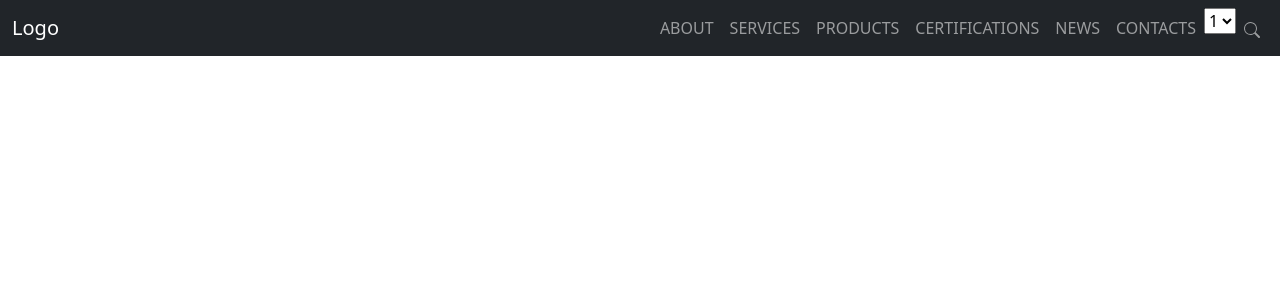
Repository: nourHellani/Buckler
Page: index.html
These files come from the project's save history. The page is drawn as it stood at one moment and after a run of saves; the edit follows.
The browser window is 1280 px wide. The pictures show the whole page.

Above is the page before, as saved 2023-02-13 11:24:41.

After the next 2 saves:
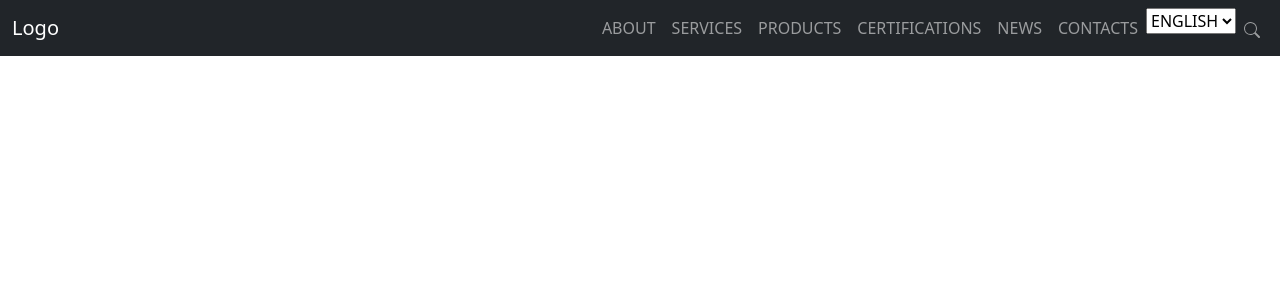
The 2 saves are shown as one change because they came seconds apart.
The last was saved 10 s later.
--- a/index.html
+++ b/index.html
@@ -41,7 +41,7 @@
                       </li>
                       <li class="nav-item dropdown">
                         <select >
-                            <option>1</option>
+                            <option>ENGLISH</option>
                             <option>2</option>
                             <option>3</option>
                             <option>4</option>
